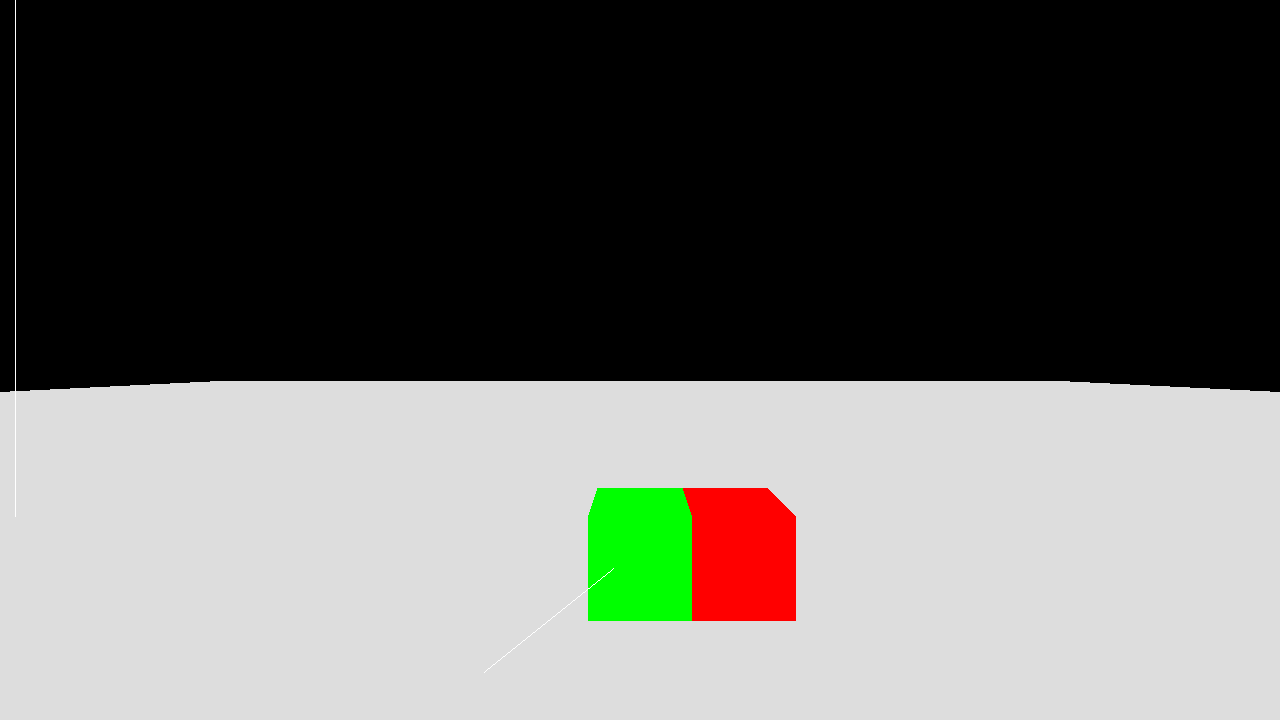
Repository: SanjoSolutions/projects
Page: minecraft/index.html
An editor plug-in stored every save of this project. The page is shown before and after the next save, followed by the edit.
The browser window is 1280 px wide. The pictures show the whole page.
Some web libraries are served in a nearby version.

Above is the page before, as saved 2020-08-31 19:41:08.

After the next save:
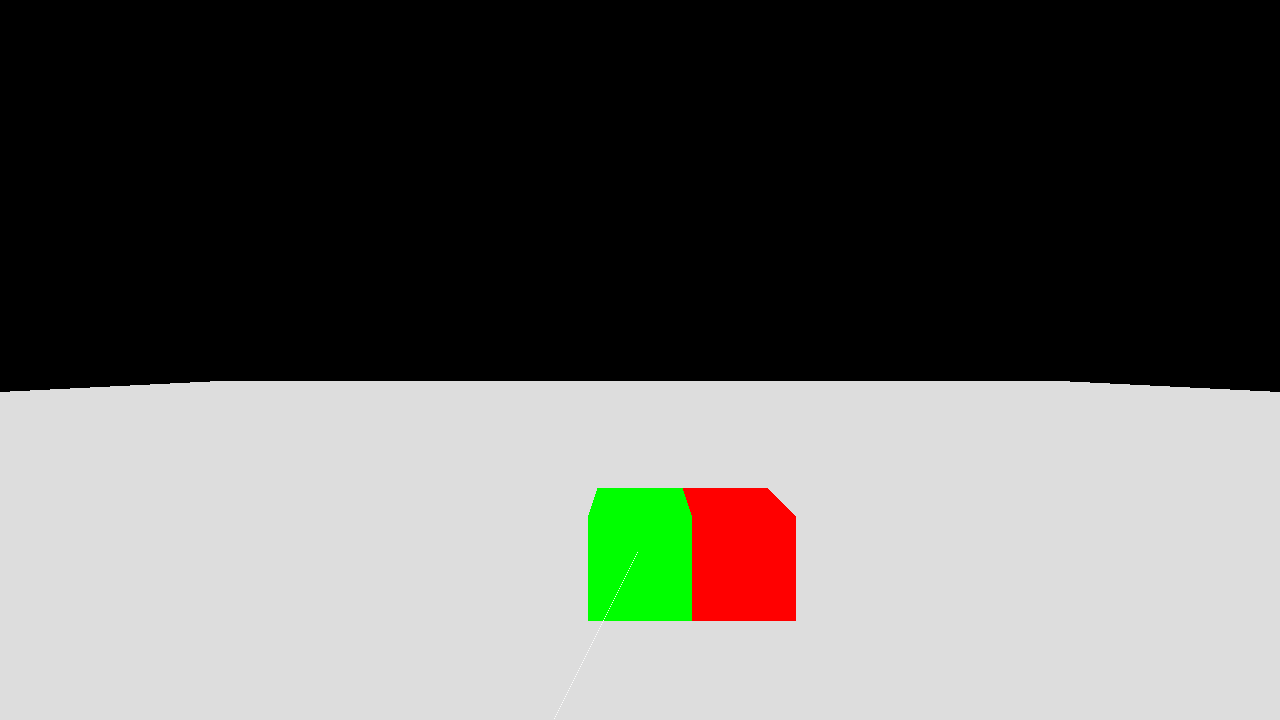
Saved 20 s later.
--- a/minecraft/index.js
+++ b/minecraft/index.js
@@ -87,7 +87,7 @@ function createHemisphereLight() {
 
 function createDirectionalLight() {
   const directionalLight = new THREE.DirectionalLight(0xffffff, 1)
-  directionalLight.position.set(-1, 0, 2)
+  directionalLight.position.set(-1, 0, 5)
   directionalLight.castShadow = true
 
   return directionalLight
